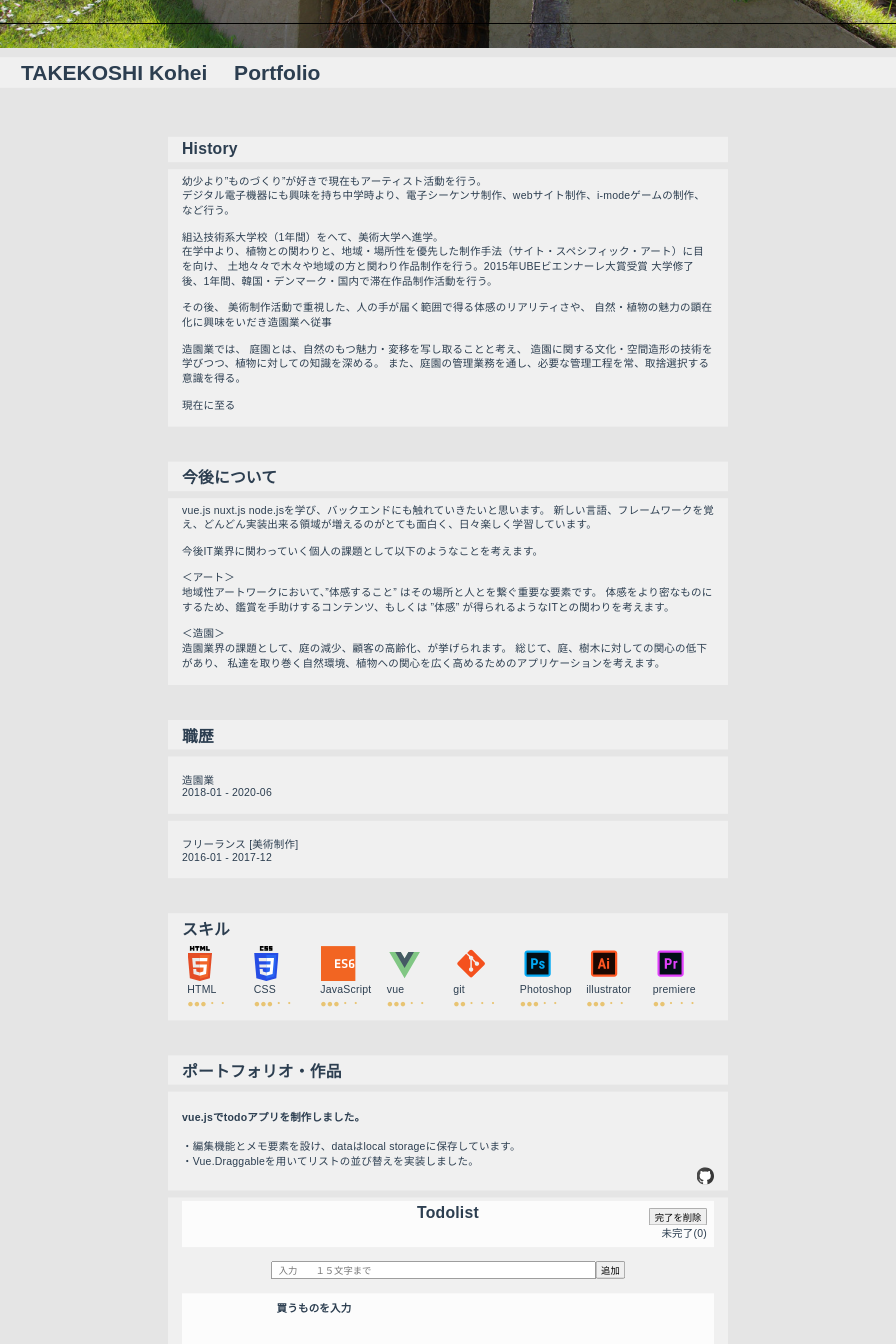
Repository: takeco/my-portfolio
Page: /
The author's editor kept a copy of each file at every save. The page is drawn from the files as they stood at one save, then again after the next save.
The browser window is 1280 px wide. The pictures show the part of the page from y = 332 to 2252 px (the page is 3676 px tall before and 3692 px after), at 70% of full size.
The project was rebuilt for these pictures with package versions that can differ from the ones it lists, and the page was loaded fresh each time.

Above is the page before, as saved 2020-08-02 19:50:10.

After the next save:
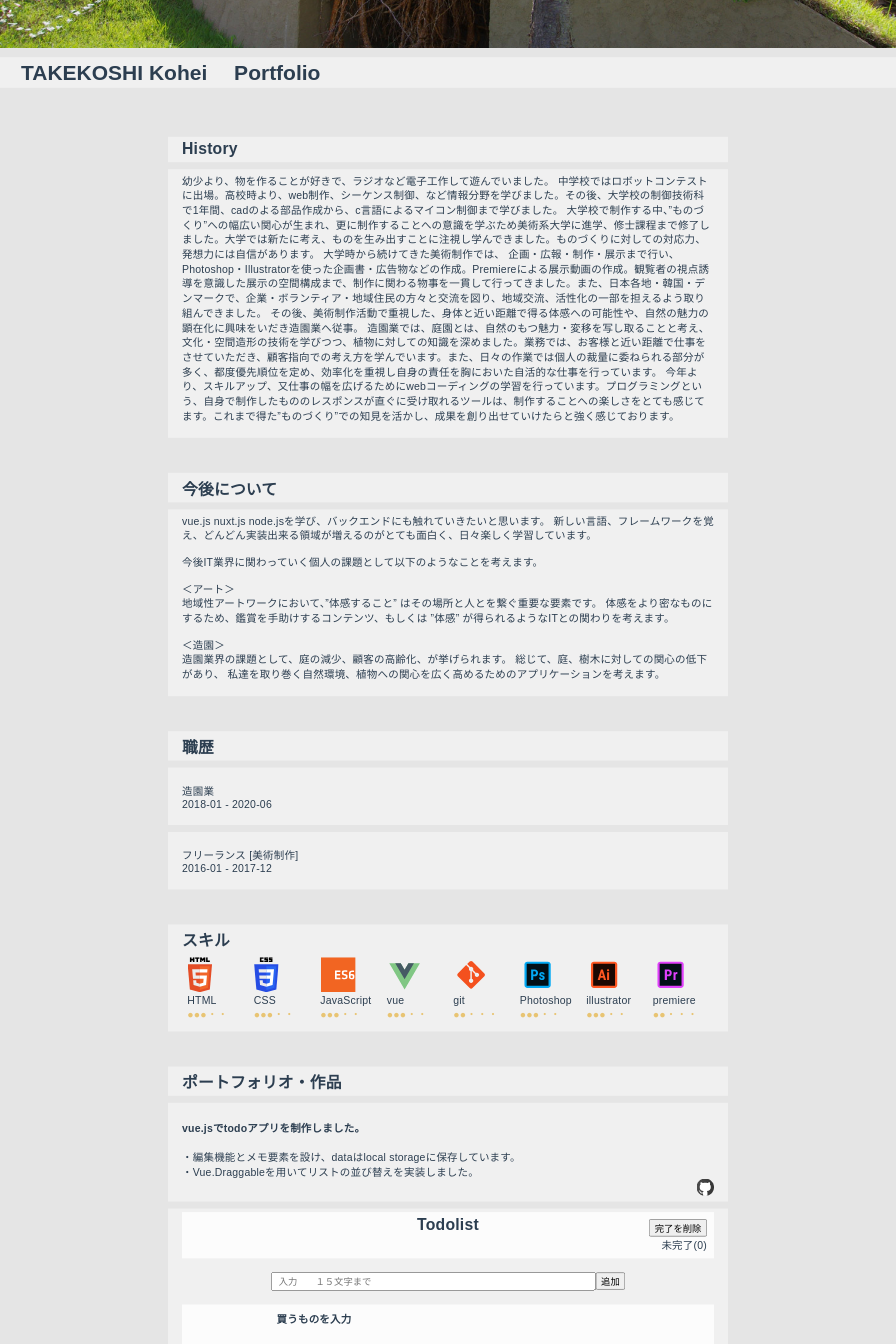
Saved 22 days later.
--- a/src/components/MainContents.vue
+++ b/src/components/MainContents.vue
@@ -31,24 +31,20 @@
         <li>
           <h2>History</h2>
           <p>
-            幼少より”ものづくり”が好きで現在もアーティスト活動を行う。
-            <br />デジタル電子機器にも興味を持ち中学時より、電子シーケンサ制作、webサイト制作、i-modeゲームの制作、など行う。
-            <br />
-            <br />組込技術系大学校（1年間）をへて、美術大学へ進学。
-            <br />在学中より、植物との関わりと、地域・場所性を優先した制作手法（サイト・スペシフィック・アート）に目を向け、
-            土地々々で木々や地域の方と関わり作品制作を行う。2015年UBEビエンナーレ大賞受賞
-            大学修了後、1年間、韓国・デンマーク・国内で滞在作品制作活動を行う。
-            <br />
-            <br />その後、
-            美術制作活動で重視した、人の手が届く範囲で得る体感のリアリティさや、
-            自然・植物の魅力の顕在化に興味をいだき造園業へ従事
-            <br />
-            <br />造園業では、
-            庭園とは、自然のもつ魅力・変移を写し取ることと考え、
-            造園に関する文化・空間造形の技術を学びつつ、植物に対しての知識を深める。
-            また、庭園の管理業務を通し、必要な管理工程を常、取捨選択する意識を得る。
-            <br />
-            <br />現在に至る
+           幼少より、物を作ることが好きで、ラジオなど電子工作して遊んでいました。
+中学校ではロボットコンテストに出場。高校時より、web制作、シーケンス制御、など情報分野を学びました。その後、大学校の制御技術科で1年間、cadのよる部品作成から、c言語によるマイコン制御まで学びました。
+
+大学校で制作する中、”ものづくり”への幅広い関心が生まれ、更に制作することへの意識を学ぶため美術系大学に進学、修士課程まで修了しました。大学では新たに考え、ものを生み出すことに注視し学んできました。ものづくりに対しての対応力、発想力には自信があります。
+
+大学時から続けてきた美術制作では、
+企画・広報・制作・展示まで行い、Photoshop・Illustratorを使った企画書・広告物などの作成。Premiereによる展示動画の作成。観覧者の視点誘導を意識した展示の空間構成まで、制作に関わる物事を一貫して行ってきました。また、日本各地・韓国・デンマークで、企業・ボランティア・地域住民の方々と交流を図り、地域交流、活性化の一部を担えるよう取り組んできました。
+
+その後、美術制作活動で重視した、身体と近い距離で得る体感への可能性や、自然の魅力の顕在化に興味をいだき造園業へ従事。
+
+造園業では、庭園とは、自然のもつ魅力・変移を写し取ることと考え、文化・空間造形の技術を学びつつ、植物に対しての知識を深めました。業務では、お客様と近い距離で仕事をさせていただき、顧客指向での考え方を学んでいます。また、日々の作業では個人の裁量に委ねられる部分が多く、都度優先順位を定め、効率化を重視し自身の責任を胸においた自活的な仕事を行っています。
+
+今年より、スキルアップ、又仕事の幅を広げるためにwebコーディングの学習を行っています。プログラミングという、自身で制作したもののレスポンスが直ぐに受け取れるツールは、制作することへの楽しさをとても感じてます。これまで得た”ものづくり”での知見を活かし、成果を創り出せていけたらと強く感じております。
+
             <br />
             <br />
           </p>
